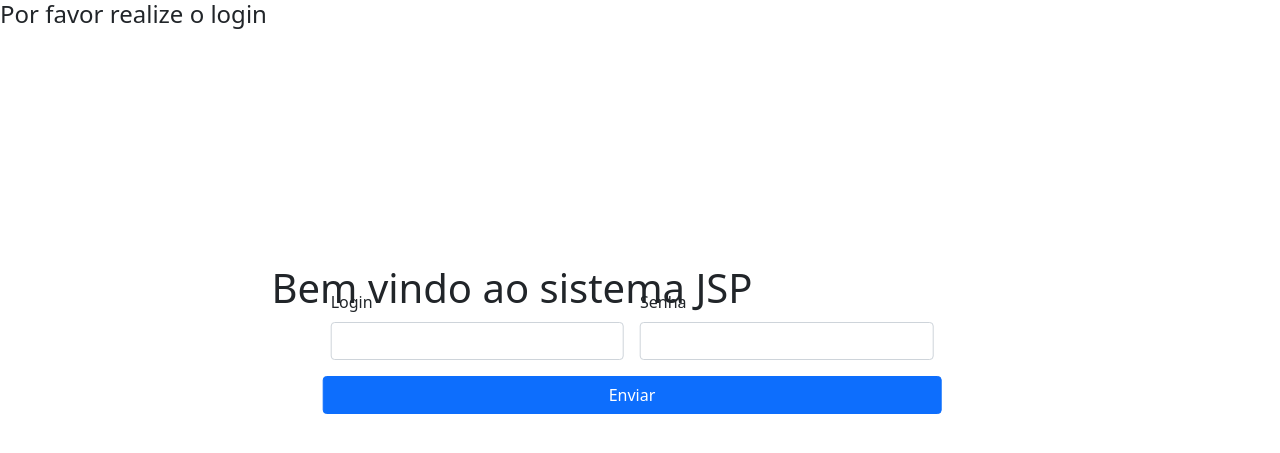
Repository: EduCarmo/PROJETO_JAVA-JSP_JDBC_SQL_JAVA
Page: http://localhost/curso-jsp/principal/cadastrousuario.jsp
An editor plug-in stored every save of this project. The page is shown before and after the next save, followed by the edit.
The browser window is 1280 px wide. The pictures show the whole page.
The page is served by Tomcat 10. Other server files are loaded and not shown.

Above is the page before, as saved 2024-03-13 22:04:55.

### curso-jsp/src/main/webapp/index.jsp
<%@ page language="java" contentType="text/html; charset=UTF-8"
	pageEncoding="UTF-8"%>
<!DOCTYPE html>
<html lang="pt-BR">
<head>
<meta charset="UTF-8">
<meta name="viewport" content="width=device-width, initial-scale=1">

<link
	href="https://cdn.jsdelivr.net/npm/bootstrap@5.0.2/dist/css/bootstrap.min.css"
	rel="stylesheet"
	integrity="sha384-EVSTQN3/azprG1Anm3QDgpJLIm9Nao0Yz1ztcQTwFspd3yD65VohhpuuCOmLASjC"
	crossorigin="anonymous">

<title>Curso JSP</title>

<style type="text/css">

form{
	position: absolute;
	top: 50%;
	left: 50%;
	transform: translate(-50%,-50%);
}

h1{
	position: absolute;
	top: 40%;
	left: 40%;
	transform: translate(-50%,-50%);

}

</style>

</head>
<body>

	<h1>Bem vindo ao sistema JSP</h1>

	<form action="ServletLogin" method="post" class="row g-3">

		<input type="hidden" value="<%=request.getParameter("url")%>"
			name="url">

		<div class="col-md-6">
			<label class="form-label">Login</label>
			<input name="login" type="text" class="form-control">
		</div>

		<div class="col-md-6">
			<label class="form-label">Senha</label>
			<input name="senha" type="password" class="form-control">
		</div>

		<input type="submit" value="Enviar" class="btn btn-primary">
	</form>

	<h4>${msg}</h4>

	<script
		src="https://cdn.jsdelivr.net/npm/bootstrap@5.0.2/dist/js/bootstrap.bundle.min.js"
		integrity="sha384-MrcW6ZMFYlzcLA8Nl+NtUVF0sA7MsXsP1UyJoMp4YLEuNSfAP+JcXn/tWtIaxVXM"
		crossorigin="anonymous"></script>

</body>
</html>

After the next save:
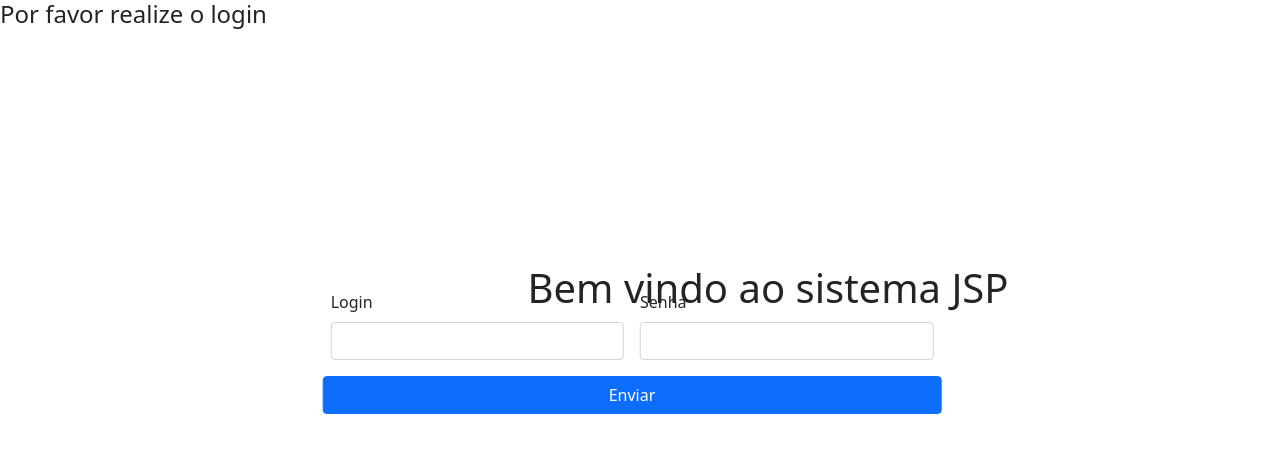
Saved 6 s later.
--- a/curso-jsp/src/main/webapp/index.jsp
+++ b/curso-jsp/src/main/webapp/index.jsp
@@ -26,7 +26,7 @@ form{
 h1{
 	position: absolute;
 	top: 40%;
-	left: 40%;
+	left: 60%;
 	transform: translate(-50%,-50%);
 
 }
